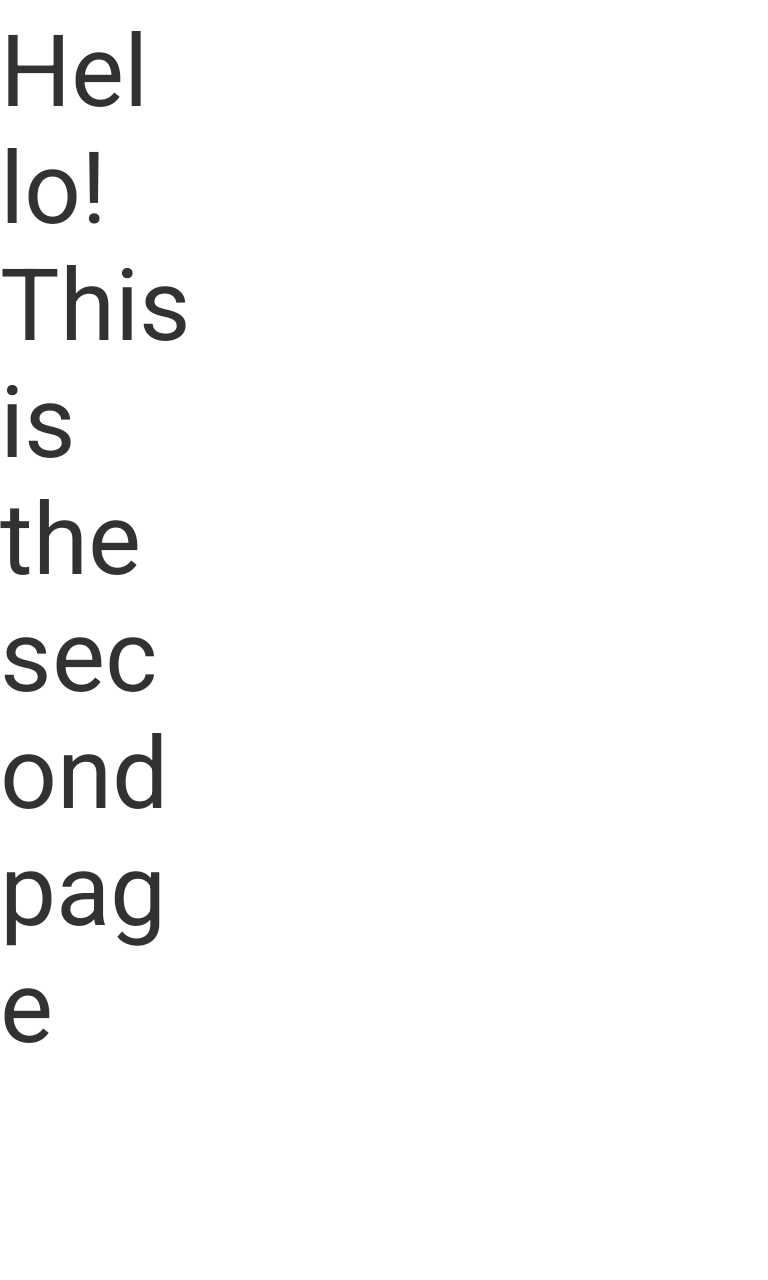
Repository: andreeacarmen/AndroidApp
Layout: MyApp/res/layout/new_activity.xml
These files come from the project's save history. The layout is drawn as it stood at one moment and after the next save; the edit follows.
It is drawn on a 768 x 1280 px phone screen (xhdpi) without system bars, with theme AppTheme; the app's code is not run.

Above is the layout before, as saved 2014-07-02 08:52:07.

After the next save:
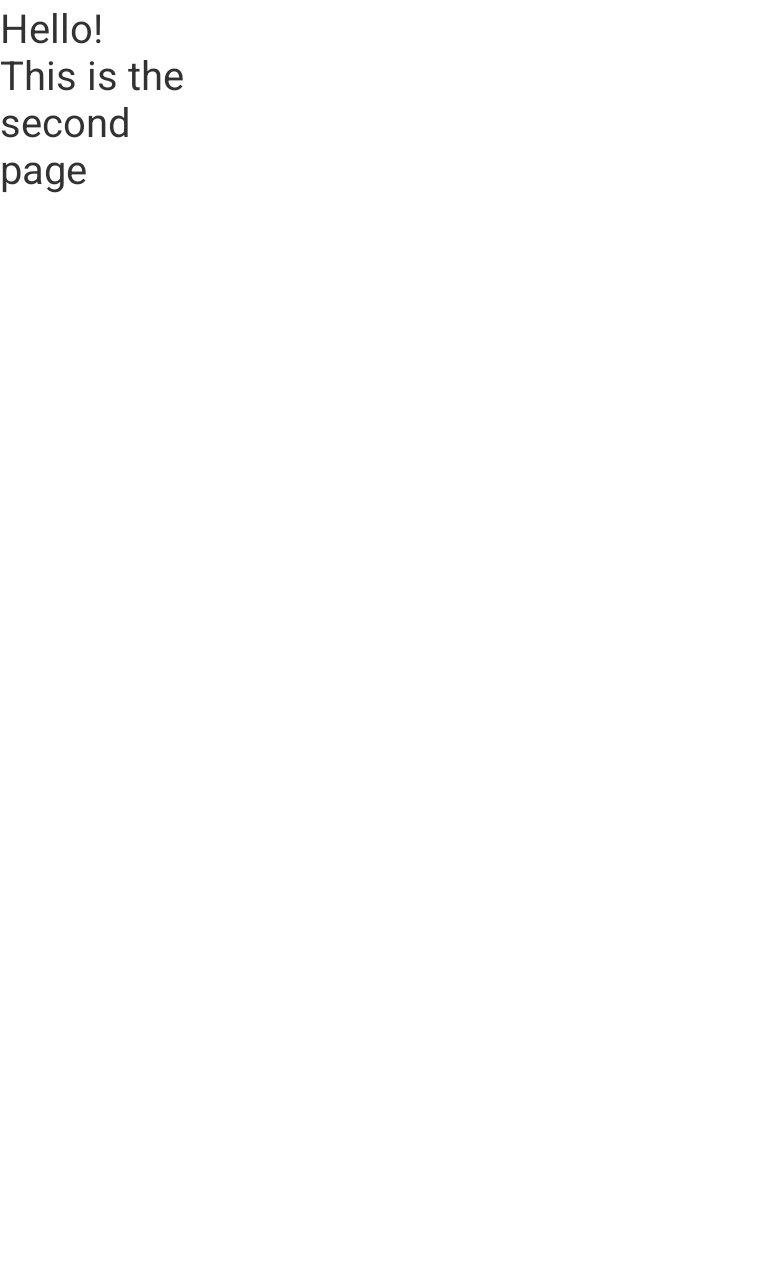
Saved 16 s later.
--- a/MyApp/res/layout/new_activity.xml
+++ b/MyApp/res/layout/new_activity.xml
@@ -6,7 +6,7 @@
 
    	<TextView
    	    android:text="Hello! This is the second page"
-   	    android:textSize="50sp"
+   	    android:textSize="20sp"
    	    android:layout_width="100dp"
    	    android:layout_height="wrap_content"
    	    />
